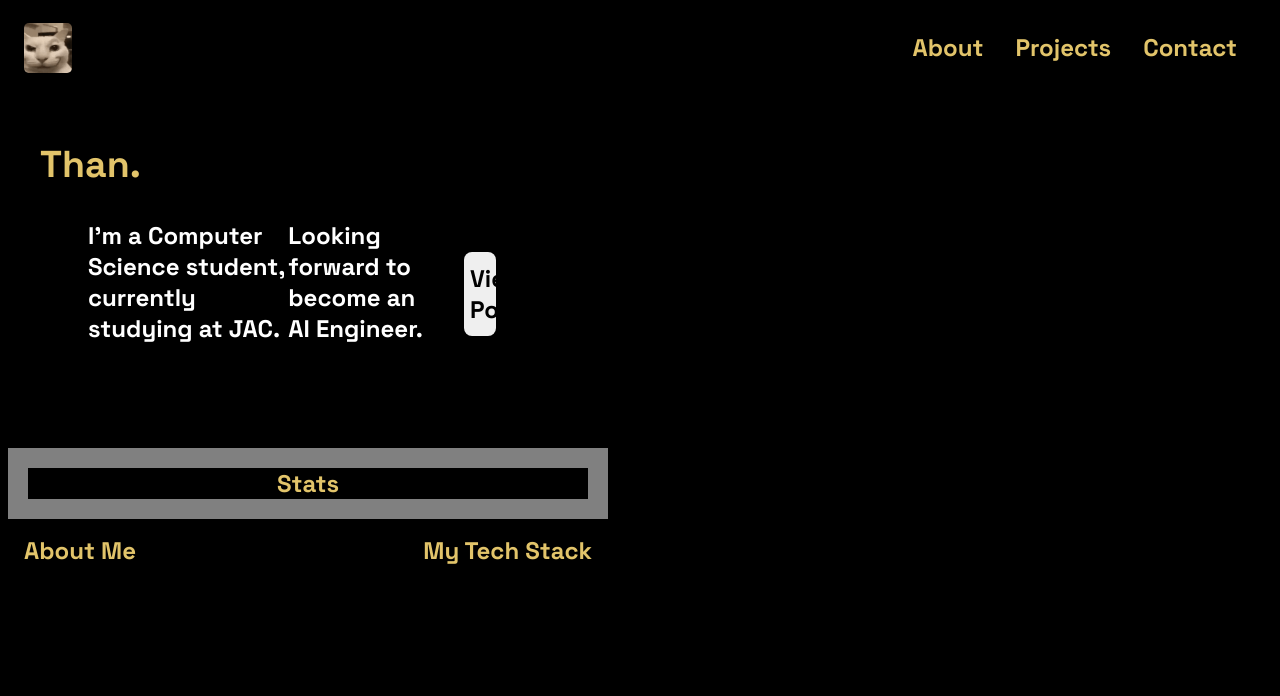
Repository: Than-dot/Than-dot
Page: index.html
The author's editor kept a copy of each file at every save. The page is drawn from the files as they stood at one save, then again after the next save.
The browser window is 1280 px wide. The pictures show the whole page.

Above is the page before, as saved 2026-05-06 12:32:13.

### index.html
<!doctype html>
<html lang="en">
  <head>
    <meta charset="UTF-8" />
    <meta name="viewport" content="width=device-width, initial-scale=1.0" />
    <title>Than</title>
    <link rel="stylesheet" href="styles/global.css" />
    <link rel="stylesheet" href="styles/index.css" />
  </head>

  <body>
    <header>
      <nav>
        <img src="./assets/images/uncanny-cat-freaky.png" alt="cat" />
        <ul class="nav-center">
          <li>About</li>
          <li>Projects</li>
          <li>Contact</li>
        </ul>
      </nav>
    </header>
    <main>
      <section class="container1">
        <article class="f-art"><h1>Than.</h1></article>
        <aside class="f-asi">
          <p>I'm a Computer Science student, currently studying at JAC.</p>
          <p>Looking forward to become an AI Engineer.</p>
          <button>View Portfolio</button>
        </aside>
        <article class="stats">Stats</article>
      </section>
    </main>
    <section class="container2">
      <aside class="s-asi">About Me</aside>
      <article class="s-art">My Tech Stack</article>
    </section>
  </body>
</html>

### styles/global.css
@font-face {
  font-family: Space-Grotesk;
  src: url(/assets/font/Space_Grotesk/SpaceGrotesk-VariableFont_wght.ttf);
}

body {
  font-family: Space-Grotesk, sans-serif;
  font-weight: bold;
  font-size: 1.5rem;
}

button {
  font-family: Space-Grotesk, sans-serif;
  font-weight: bold;
  font-size: 1.5rem;
}

.f-art {
  font-size: 2rem;
}

### styles/index.css
body {
  width: 100%;
  max-width: 600px;
  background-color: black;
  color: #e2c46a;
}
.container1 {
  display: flex;
  flex-direction: column;
}

.f-art {
  margin: 2rem;
  margin-top: 1rem;
}

.f-asi {
  display: grid;
  margin-top: 0;
  justify-content: space-between;
}

p {
  margin: 0;
  margin-bottom: 1.5rem;
  color: white;
}

.stats {
  border: 20px solid grey;
  text-align: center;
}

.s-art {
}

.s-asi {
}

.container2 {
  display: flex;
  flex-direction: row;
  justify-content: space-between;
  margin: 1rem;
}

button {
  border-radius: 8px;
  border: none;
  max-width: 2rem;
  margin: 2rem;
}

button:hover {
  box-shadow: 0 6px 12px rgba(0, 0, 0, 0.15);
}

img {
  height: 50px;
  width: auto;
  margin-left: 1rem;
  border-radius: 10%;
}

.nav-center {
  display: flex;
  gap: 32px;
  list-style: none;
  margin-left: 10rem;
}

nav {
  align-items: center;
  display: flex;
  border: white;
}

h1 {
  margin-bottom: 0;
}

@media screen and (min-width: 700px) {
  body {
    width: 100%;
  }
  .nav-center {
    display: flex;
    gap: 32px;
    list-style: none;
    margin-left: 50rem;
  }
  .f-asi {
    display: grid;
    margin-top: 0;
    justify-content: space-between;
  }
  .f-asi {
    display: flex;
    margin: 5rem;
    margin-top: 0;
    justify-content: space-between;
  }
}

After the next save:
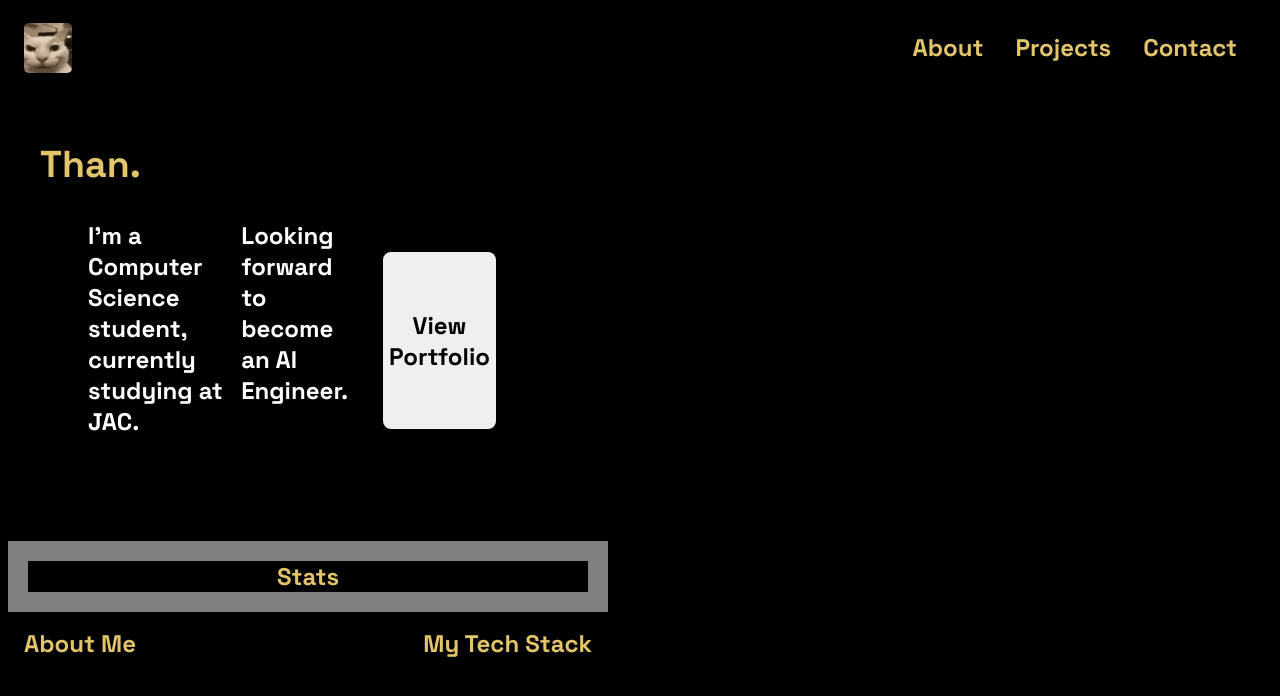
Saved 4 s later.
--- a/styles/index.css
+++ b/styles/index.css
@@ -47,7 +47,7 @@ p {
 button {
   border-radius: 8px;
   border: none;
-  max-width: 2rem;
+  max-width: 10rem;
   margin: 2rem;
 }
 
